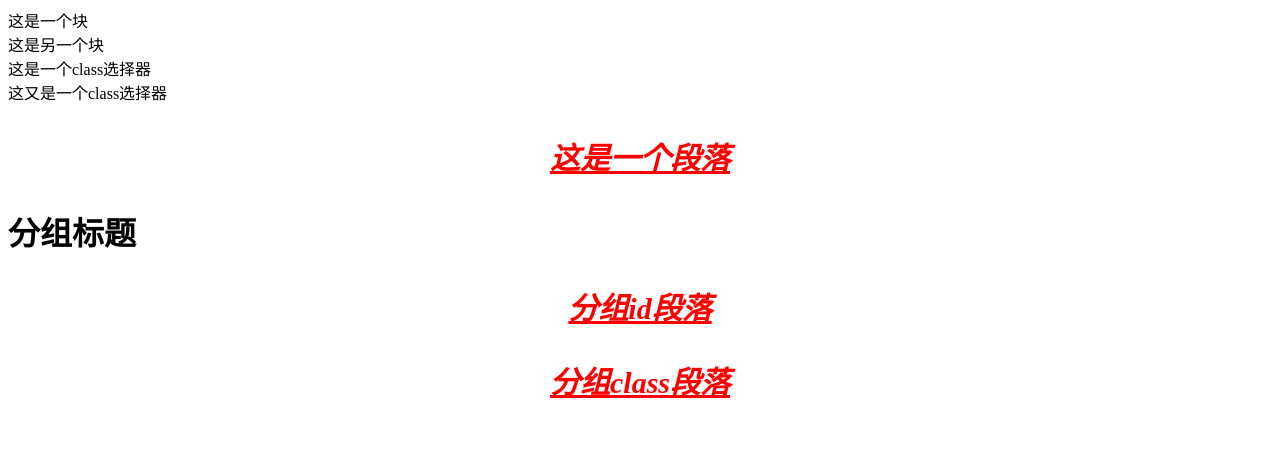
Repository: Germtao/Web
Page: web_css/css_样式表和选择器.html
These files come from the project's save history. The page is drawn as it stood at one moment and after the next save; the edit follows.
The browser window is 1280 px wide. The pictures show the whole page.

Above is the page before, as saved 2020-10-28 16:35:15.

After the next save:
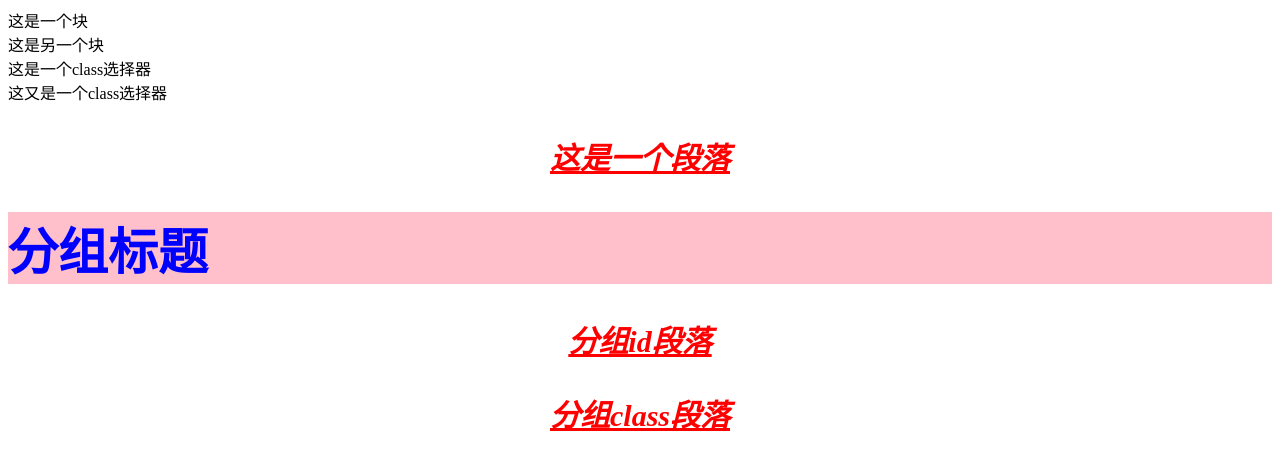
Saved 39 s later.
--- a/web_css/css_样式表和选择器.html
+++ b/web_css/css_样式表和选择器.html
@@ -15,6 +15,13 @@
             font-weight: bold;
             text-align: center;
             font-style: italic;
+        }
+
+        h1 {
+            color: blue;
+            font-size: 50px;
+            font-weight: bold;
+            background-color: pink;
         }
     </style>
 
